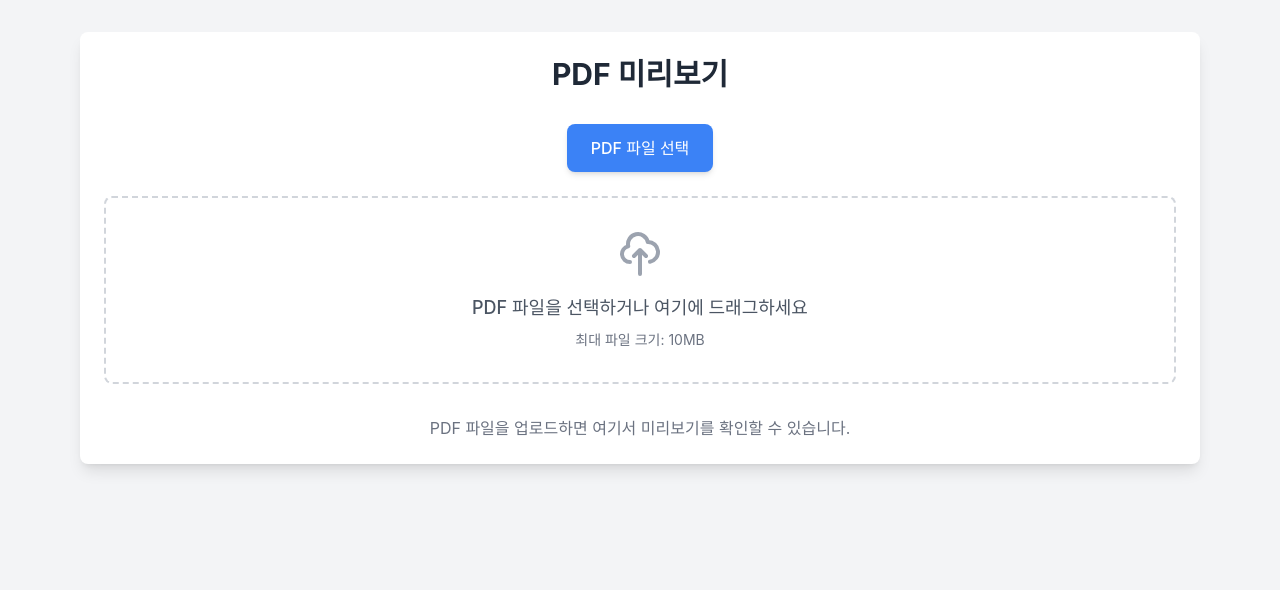
Repository: orcaCrew/PDF-Handler
Page: /
These files come from the project's save history. The page is drawn as it stood at one moment and after the next save; the edit follows.
The browser window is 1280 px wide. The pictures show the whole page.
The project was rebuilt for these pictures with package versions that can differ from the ones it lists, and the page was loaded fresh each time.

Above is the page before, as saved 2025-07-18 13:54:22.

### public/index.html
<!DOCTYPE html>
<html lang="ko">
  <head>
    <meta charset="utf-8" />
    <link rel="icon" href="%PUBLIC_URL%/favicon.ico" />
    <meta name="viewport" content="width=device-width, initial-scale=1" />
    <meta name="theme-color" content="#000000" />
    <meta
      name="description"
      content="PDF 파일 미리보기 애플리케이션"
    />
    <title>PDF 미리보기</title>
  </head>
  <body>
    <noscript>이 앱을 실행하려면 JavaScript를 활성화해야 합니다.</noscript>
    <div id="root"></div>
  </body>
</html>

### src/App.js
import React, { useState, useRef } from 'react';
import { Document, Page, pdfjs } from 'react-pdf';
import 'react-pdf/dist/esm/Page/AnnotationLayer.css';
import 'react-pdf/dist/esm/Page/TextLayer.css';

// PDF.js 워커 설정
pdfjs.GlobalWorkerOptions.workerSrc = `//cdnjs.cloudflare.com/ajax/libs/pdf.js/${pdfjs.version}/pdf.worker.min.js`;

function App() {
  const [file, setFile] = useState(null);
  const [numPages, setNumPages] = useState(null);
  const [pageNumber, setPageNumber] = useState(1);
  const [loading, setLoading] = useState(false);
  const [isDragOver, setIsDragOver] = useState(false);
  const fileInputRef = useRef(null);

  const onFileChange = (event) => {
    const { files } = event.target;
    if (files && files[0]) {
      setFile(files[0]);
      setPageNumber(1);
    }
    // 파일 선택 후 input 값을 초기화하여 같은 파일을 다시 선택할 수 있도록 함
    event.target.value = '';
  };

  const handleDragOver = (e) => {
    e.preventDefault();
    setIsDragOver(true);
  };

  const handleDragLeave = (e) => {
    e.preventDefault();
    setIsDragOver(false);
  };

  const handleDrop = (e) => {
    e.preventDefault();
    setIsDragOver(false);

    const droppedFiles = e.dataTransfer.files;
    if (droppedFiles && droppedFiles[0]) {
      const droppedFile = droppedFiles[0];
      if (droppedFile.type === 'application/pdf') {
        setFile(droppedFile);
        setPageNumber(1);
      } else {
        alert('PDF 파일만 업로드 가능합니다.');
      }
    }
  };

  const onDocumentLoadSuccess = ({ numPages }) => {
    setNumPages(numPages);
    setLoading(false);
  };

  const onDocumentLoadError = (error) => {
    console.error('PDF 로드 오류:', error);
    setLoading(false);
  };

  const changePage = (offset) => {
    setPageNumber(prevPageNumber => prevPageNumber + offset);
  };

  const previousPage = () => {
    changePage(-1);
  };

  const nextPage = () => {
    changePage(1);
  };

  return (
    <div className="min-h-screen bg-gray-100 py-8">
      <div className="max-w-6xl mx-auto px-4">
        <div className="bg-white rounded-lg shadow-lg p-6">
          <h1 className="text-3xl font-bold text-gray-800 mb-8 text-center">
            PDF 미리보기
          </h1>

          {/* PDF 선택 버튼 */}
          <div className="flex justify-center mb-6">
            <button
              onClick={() => {
                fileInputRef.current?.click();
              }}
              className="px-6 py-3 bg-blue-500 text-white rounded-lg hover:bg-blue-600 transition-colors font-medium shadow-md"
            >
              {file ? 'PDF 파일 변경' : 'PDF 파일 선택'}
            </button>
          </div>

          {/* 숨겨진 파일 input - 항상 존재 */}
          <input
            ref={fileInputRef}
            type="file"
            accept=".pdf"
            onChange={onFileChange}
            className="hidden"
            id="file-upload"
          />

          {/* 파일 업로드 영역 - PDF가 선택되지 않았을 때만 표시 */}
          {!file && (
            <div className="mb-8">
              <div
                className={`border-2 border-dashed rounded-lg p-8 text-center transition-colors ${
                  isDragOver
                    ? 'border-blue-500 bg-blue-50'
                    : 'border-gray-300 hover:border-blue-400'
                }`}
                onDragOver={handleDragOver}
                onDragLeave={handleDragLeave}
                onDrop={handleDrop}
              >
                <label
                  htmlFor="file-upload"
                  className="cursor-pointer flex flex-col items-center"
                >
                  <svg
                    className="w-12 h-12 text-gray-400 mb-4"
                    fill="none"
                    stroke="currentColor"
                    viewBox="0 0 24 24"
                  >
                    <path
                      strokeLinecap="round"
                      strokeLinejoin="round"
                      strokeWidth={2}
                      d="M7 16a4 4 0 01-.88-7.903A5 5 0 1115.9 6L16 6a5 5 0 011 9.9M15 13l-3-3m0 0l-3 3m3-3v12"
                    />
                  </svg>
                  <span className="text-lg font-medium text-gray-600">
                    PDF 파일을 선택하거나 여기에 드래그하세요
                  </span>
                  <span className="text-sm text-gray-500 mt-2">
                    최대 파일 크기: 10MB
                  </span>
                </label>
              </div>
            </div>
          )}

          {/* PDF 미리보기 영역 */}
          {file && (
            <div className="space-y-6">
              <div className="flex items-center justify-between">
                <h2 className="text-xl font-semibold text-gray-800">
                  {file.name}
                </h2>
                <div className="flex items-center space-x-4">
                  <button
                    type="button"
                    disabled={pageNumber <= 1}
                    onClick={previousPage}
                    className="px-4 py-2 bg-blue-500 text-white rounded-lg hover:bg-blue-600 disabled:bg-gray-300 disabled:cursor-not-allowed transition-colors"
                  >
                    이전
                  </button>
                  <span className="text-gray-600">
                    페이지 {pageNumber} / {numPages || '...'}
                  </span>
                  <button
                    type="button"
                    disabled={pageNumber >= numPages}
                    onClick={nextPage}
                    className="px-4 py-2 bg-blue-500 text-white rounded-lg hover:bg-blue-600 disabled:bg-gray-300 disabled:cursor-not-allowed transition-colors"
                  >
                    다음
                  </button>
                </div>
              </div>

              <div className="flex justify-center">
                <div className="border border-gray-300 rounded-lg shadow-lg bg-white">
                  {loading && (
                    <div className="flex items-center justify-center p-8">
                      <div className="animate-spin rounded-full h-8 w-8 border-b-2 border-blue-500"></div>
                      <span className="ml-2 text-gray-600">PDF 로딩 중...</span>
                    </div>
                  )}
                  <Document
                    file={file}
                    onLoadSuccess={onDocumentLoadSuccess}
                    onLoadError={onDocumentLoadError}
                    onLoadStart={() => setLoading(true)}
                    loading={
                      <div className="flex items-center justify-center p-8">
                        <div className="animate-spin rounded-full h-8 w-8 border-b-2 border-blue-500"></div>
                        <span className="ml-2 text-gray-600">PDF 로딩 중...</span>
                      </div>
                    }
                  >
                    <Page
                      pageNumber={pageNumber}
                      width={Math.min(window.innerWidth - 100, 800)}
                      renderTextLayer={false}
                      renderAnnotationLayer={false}
                    />
                  </Document>
                </div>
              </div>
            </div>
          )}

          {/* 안내 메시지 */}
          {!file && (
            <div className="text-center text-gray-500 mt-8">
              <p>PDF 파일을 업로드하면 여기서 미리보기를 확인할 수 있습니다.</p>
            </div>
          )}
        </div>
      </div>
    </div>
  );
}

export default App;

Loaded but not shown: src/index.js (common file); src/index.css (common file); tailwind.config.js (common file)

After the next save:
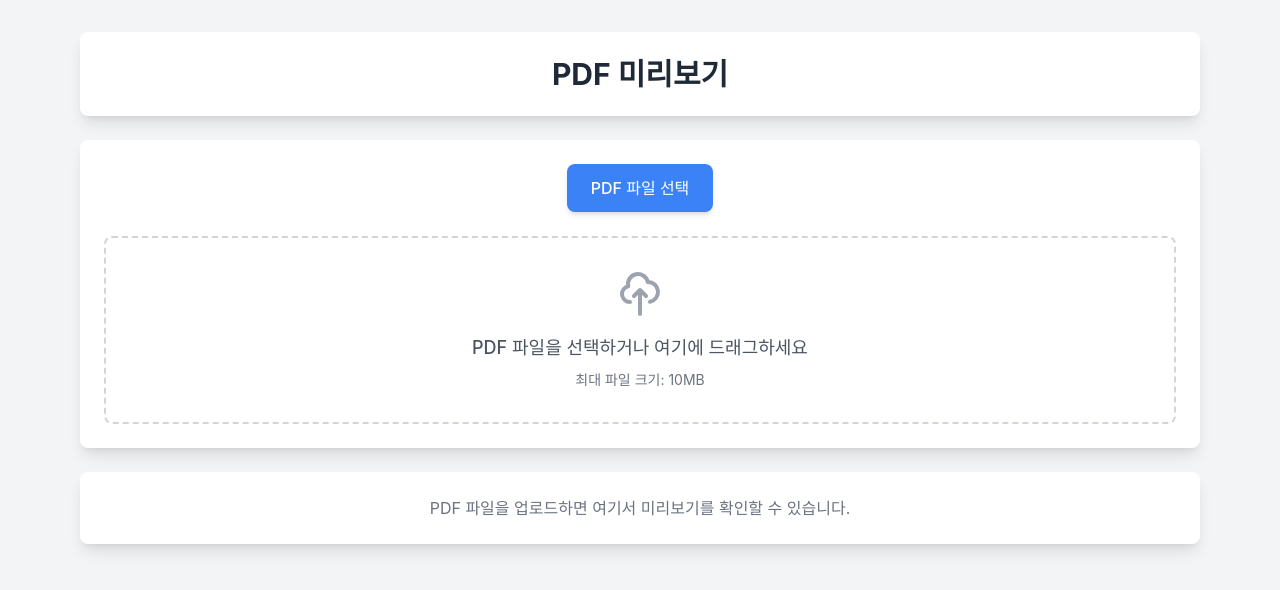
Saved 2 min 47 s later.
--- a/src/App.js
+++ b/src/App.js
@@ -74,14 +74,18 @@ function App() {
 
   return (
     <div className="min-h-screen bg-gray-100 py-8">
-      <div className="max-w-6xl mx-auto px-4">
+      <div className="max-w-6xl mx-auto px-4 space-y-6">
+
+        {/* 제목 영역 */}
         <div className="bg-white rounded-lg shadow-lg p-6">
-          <h1 className="text-3xl font-bold text-gray-800 mb-8 text-center">
+          <h1 className="text-3xl font-bold text-gray-800 text-center">
             PDF 미리보기
           </h1>
-
-          {/* PDF 선택 버튼 */}
-          <div className="flex justify-center mb-6">
+        </div>
+
+        {/* PDF 선택 버튼 영역 */}
+        <div className="bg-white rounded-lg shadow-lg p-6">
+          <div className="flex justify-center">
             <button
               onClick={() => {
                 fileInputRef.current?.click();
@@ -104,7 +108,7 @@ function App() {
 
           {/* 파일 업로드 영역 - PDF가 선택되지 않았을 때만 표시 */}
           {!file && (
-            <div className="mb-8">
+            <div className="mt-6">
               <div
                 className={`border-2 border-dashed rounded-lg p-8 text-center transition-colors ${
                   isDragOver
@@ -142,9 +146,11 @@ function App() {
               </div>
             </div>
           )}
-
-          {/* PDF 미리보기 영역 */}
-          {file && (
+        </div>
+
+        {/* PDF 미리보기 영역 */}
+        {file && (
+          <div className="bg-white rounded-lg shadow-lg p-6">
             <div className="space-y-6">
               <div className="flex items-center justify-between">
                 <h2 className="text-xl font-semibold text-gray-800">
@@ -203,15 +209,18 @@ function App() {
                 </div>
               </div>
             </div>
-          )}
-
-          {/* 안내 메시지 */}
-          {!file && (
-            <div className="text-center text-gray-500 mt-8">
+          </div>
+        )}
+
+        {/* 안내 메시지 영역 */}
+        {!file && (
+          <div className="bg-white rounded-lg shadow-lg p-6">
+            <div className="text-center text-gray-500">
               <p>PDF 파일을 업로드하면 여기서 미리보기를 확인할 수 있습니다.</p>
             </div>
-          )}
-        </div>
+          </div>
+        )}
+
       </div>
     </div>
   );
